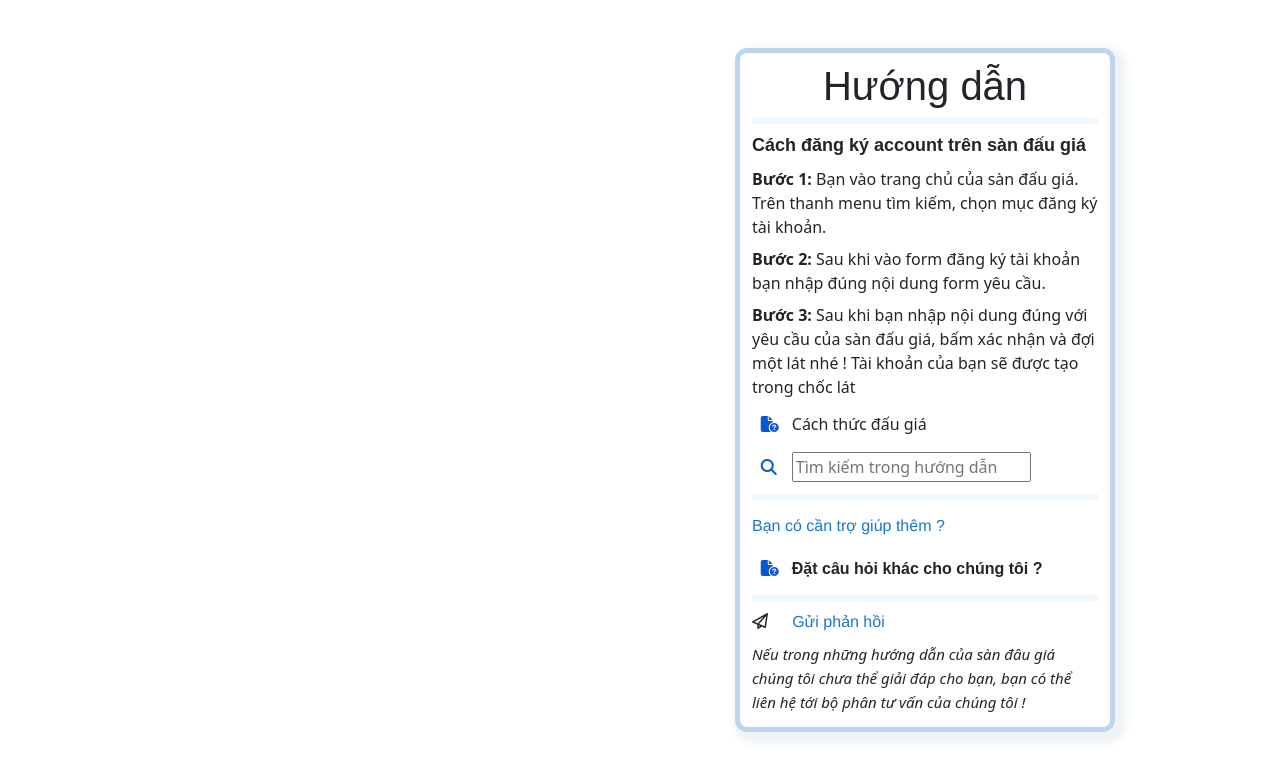
Repository: SonPhamThe/C0622G1-module5
Page: prototype--module6/guides/guide1.html
An editor plug-in stored every save of this project. The page is shown before and after the next save, followed by the edit.
The browser window is 1280 px wide. The pictures show the whole page.
Some web libraries are served in a nearby version.

Above is the page before, as saved 2022-12-07 15:17:39.

### prototype--module6/guides/guide1.html
<!DOCTYPE html>
<html lang="en">
  <head>
    <meta charset="UTF-8" />
    <meta
      name="viewport"
      content="width=device-width, user-scalable=no, initial-scale=1.0, maximum-scale=1.0, minimum-scale=1.0"
    />
    <meta http-equiv="X-UA-Compatible" content="ie=edge" />
    <title>Trang chủ hướng dẫn</title>
    <link rel="stylesheet" href="guide1.css" />
    <link rel="icon" type="image/x-icon" href="favicon.ico" />

    <link
      rel="stylesheet"
      href="https://cdnjs.cloudflare.com/ajax/libs/font-awesome/6.2.1/css/all.min.css"
    />

    <link
      href="https://cdn.jsdelivr.net/npm/bootstrap@5.1.3/dist/css/bootstrap.min.css"
      rel="stylesheet"
      integrity="sha384-1BmE4kWBq78iYhFldvKuhfTAU6auU8tT94WrHftjDbrCEXSU1oBoqyl2QvZ6jIW3"
      crossorigin="anonymous"
    />
    <script
      src="https://cdn.jsdelivr.net/npm/bootstrap@5.1.3/dist/js/bootstrap.bundle.min.js"
      integrity="sha384-ka7Sk0Gln4gmtz2MlQnikT1wXgYsOg+OMhuP+IlRH9sENBO0LRn5q+8nbTov4+1p"
      crossorigin="anonymous"
    ></script>
    <link
      rel="stylesheet"
      href="https://cdnjs.cloudflare.com/ajax/libs/font-awesome/5.15.4/css/all.min.css"
    />
  </head>
  <body>
    <!--Khi chọn mục hướng dẫn trên navbar sẽ đổ modal xuống. Ở trang chủ hướng dẫn em tính làm gồm những phần:
      Cách đăng ký account,
      Thay đổi hoặc đặt lại mật khẩu của bạn,
      Quản lý mật khẩu, vv....
      Khi click một trong số option sẽ chuyển qua một form chứa nội dung của từng tiêu đề đó
     -->
    <div class="container mb-5 mt-5">
      <div class="row">
        <div class="col-lg-4"></div>
        <div class="col-lg-3"></div>
        <div class="boxed col-lg-4 shadow-md" style="height: 100% !important">
          <form>
            <div class="mt-1 text-center">
              <h1 style="font-family: sans-serif">Hướng dẫn</h1>
            </div>
            <div
              class="mb-2"
              style="height: 6px; background-color: aliceblue; width: 100%"
            ></div>
            <div class="mb-2">
              <label
                ><strong style="font-family: sans-serif; font-size: large"
                  >Cách đăng ký account trên sàn đấu giá</strong
                ></label
              >
            </div>
            <div class="mb-2">
              <span>
                <strong>Bước 1: </strong>
                Bạn vào trang chủ của sàn đấu giá. Trên thanh menu tìm kiếm,
                chọn mục đăng ký tài khoản.
              </span>
            </div>
            <div class="mb-2">
              <span>
                <strong>Bước 2: </strong>
                Sau khi vào form đăng ký tài khoản bạn nhập đúng nội dung form
                yêu cầu.
              </span>
            </div>
            <div class="mb-2">
              <span>
                <strong>Bước 3: </strong>
                Sau khi bạn nhập nội dung đúng với yêu cầu của sàn đấu giá, bấm
                xác nhận và đợi một lát nhé ! Tài khoản của bạn sẽ được tạo
                trong chốc lát
              </span>
            </div>

            <div class="mb-2">
              <i class="fa-solid fa-file-circle-question"></i>
              <label>Cách thức đấu giá</label>
            </div>

            <div class="mb-2">
              <i class="fa-solid fa-magnifying-glass"></i>
              <input
                type="search"
                class="search"
                placeholder="Tìm kiếm trong hướng dẫn"
              />
            </div>
            <div
              class="mb-2"
              style="height: 6px; background-color: aliceblue; width: 100%"
            ></div>

            <div class="mb-2">
              <h6
                class="mt-3 mb-3"
                style="color: #1976d2; font-family: Helvetica"
              >
                Bạn có cần trợ giúp thêm ?
              </h6>
              <div class="mb-2">
                <i class="fa-solid fa-file-circle-question"></i>
                <label style="font-family: sans-serif"
                  ><strong>Đặt câu hỏi khác cho chúng tôi ?</strong></label
                >
              </div>
              <div
                class="mb-2"
                style="height: 6px; background-color: aliceblue; width: 100%"
              ></div>
              <div class="mb-2">
                <i class="fa-regular fa-paper-plane"></i>
                <label
                  style="
                    color: #1976d2;
                    font-family: Helvetica;
                    margin-left: 20px;
                  "
                >
                  Gửi phản hồi
                </label>
              </div>
            </div>
          </form>
          <div class="mb-2">
            <span style="font-size: 15px" class="fst-italic"
              >Nếu trong những hướng dẫn của sàn đâu giá chúng tôi chưa thể giải
              đáp cho bạn, bạn có thể liên hệ tới bộ phân tư vấn của chúng tôi
              !</span
            >
          </div>
        </div>

        <div class="col-lg-3"></div>
      </div>
    </div>
  </body>
  <script src="//ajax.googleapis.com/ajax/libs/jquery/1.9.1/jquery.min.js"></script>
  <script
    src="https://cdn.jsdelivr.net/npm/popper.js@1.12.9/dist/umd/popper.min.js"
    integrity="sha384-ApNbgh9B+Y1QKtv3Rn7W3mgPxhU9K/ScQsAP7hUibX39j7fakFPskvXusvfa0b4Q"
    crossorigin="anonymous"
  ></script>
</html>

### prototype--module6/guides/guide1.css
.boxed {
  width: 400px;
  height: 550px;
}

.boxed {
  border: 5px solid;
  border-image-slice: 1;
  border-color: rgb(189, 214, 236);
  padding: 5px;
  border-radius: 12px;
  background-color: transparent;
  box-shadow: 5px 5px 7px 6px  rgb(238, 243, 247);
}

.fa-solid {
  color: #0b57d0;
  height: 1.125rem;
  margin: 0.55rem;
  visibility: initial;
  width: 1.125rem;
}

After the next save:
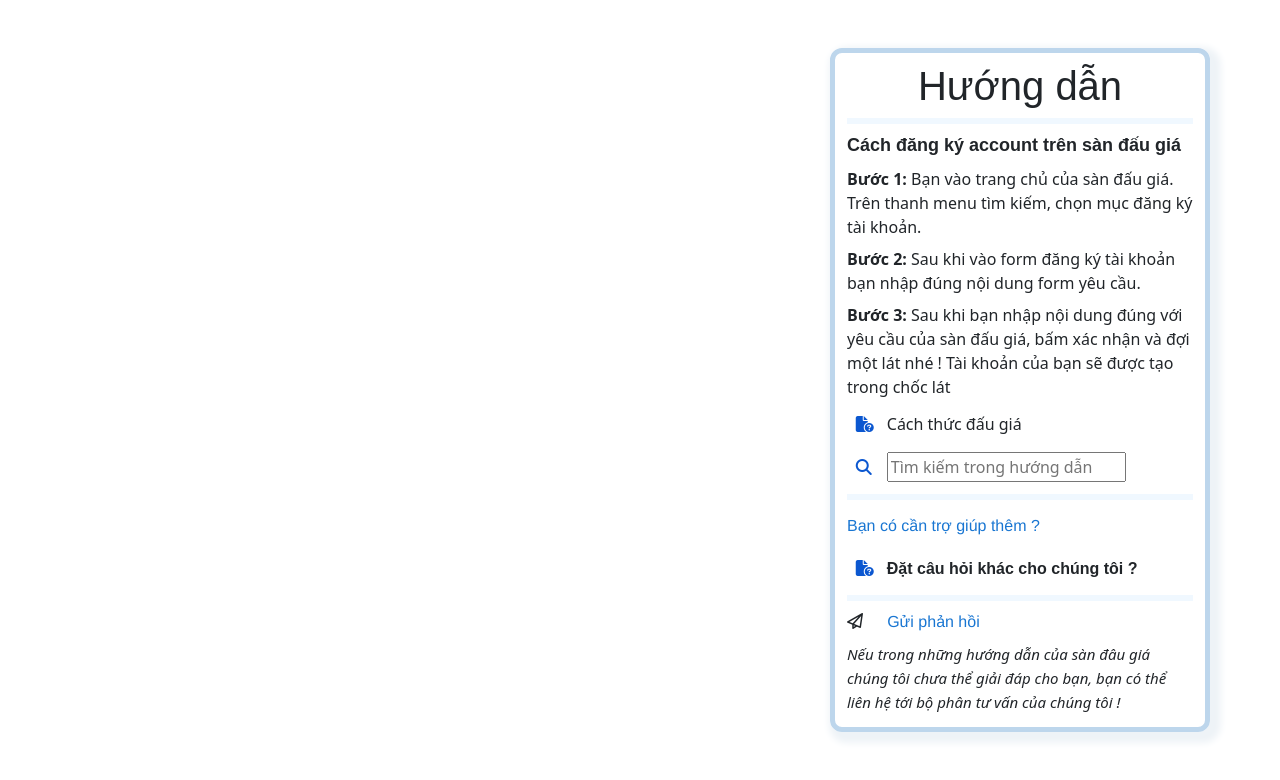
Saved 65 s later.
--- a/prototype--module6/guides/guide1.html
+++ b/prototype--module6/guides/guide1.html
@@ -42,7 +42,7 @@
     <div class="container mb-5 mt-5">
       <div class="row">
         <div class="col-lg-4"></div>
-        <div class="col-lg-3"></div>
+        <div class="col-lg-4"></div>
         <div class="boxed col-lg-4 shadow-md" style="height: 100% !important">
           <form>
             <div class="mt-1 text-center">
